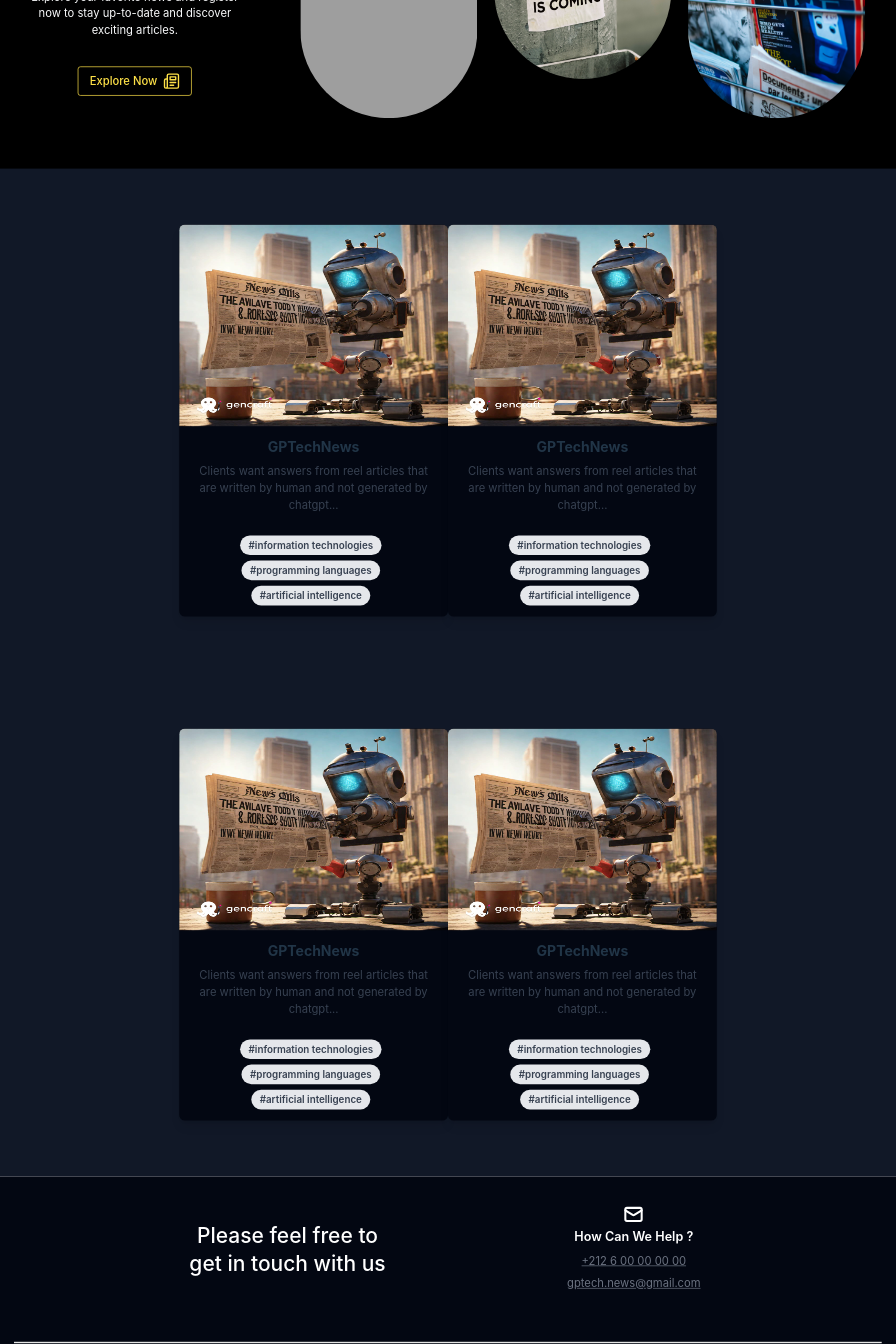
Repository: Lablab-me-Hackathon/gptech-news-frontend
Page: /
An editor plug-in stored every save of this project. The page is shown before and after a run of saves, followed by the edit.
The browser window is 1280 px wide. The pictures show the part of the page from y = 527 to 2447 px (the page is 2588 px tall), at 70% of full size.
Pictures or frames that could not be fetched are drawn as grey boxes. The project was rebuilt for these pictures with package versions that can differ from the ones it lists, and the page was loaded fresh each time. Also part of the build but not shown: vite.config.js.

Above is the page before, as saved 2023-08-07 18:34:26.

### index.html
<!doctype html>
<html lang="en">
  <head>
    <meta charset="UTF-8" />
    <link rel="icon" type="image/svg+xml" href="/logo.png" />
    <meta name="viewport" content="width=device-width, initial-scale=1.0" />
    <title>GPTech News</title>
  </head>
  <body>
    <div id="root"></div>
    <script type="module" src="/src/main.jsx"></script>
  </body>
</html>

### src/App.jsx
import './styles/App.css'
import Header from './components/Header'
import Main from './components/Main';
import Footer from './components/Footer';

function App() {

  return (
    <div className='w-full h-full flex-box flex-col'>
     <Header />
      <Main />
      <Footer />
    </div>
  )
}

export default App

### src/styles/index.css
@tailwind base;
@tailwind components;
@tailwind utilities;

* {
  padding: 0;
  margin: 0;
}

@layer components {
  .menu-item {
    @apply p-2 text-stone-300 text-base font-normal cursor-pointer flex-1 border-black rounded hover:text-blue-950 uppercase;
  }
  .flex-box {
    @apply flex items-center justify-center;
  }
}

:root {
  font-family: Inter, system-ui, Avenir, Helvetica, Arial, sans-serif;
  line-height: 1.5;
  font-weight: 400;

  color-scheme: light dark;
  color: rgba(255, 255, 255, 0.87);
  background-color: #242424;

  text-rendering: optimizeLegibility;
  -webkit-font-smoothing: antialiased;
  -moz-osx-font-smoothing: grayscale;
}

a {
  font-weight: 500;
  color: #646cff;
  text-decoration: inherit;
}
a:hover {
  color: #535bf2;
}

body {
  min-width: 320px;
  min-height: 100vh;
}

h1 {
  font-size: 3.2em;
  line-height: 1.1;
}

button {
  border-radius: 8px;
  border: 1px solid transparent;
  padding: 0.6em 1.2em;
  font-size: 1em;
  font-weight: 500;
  font-family: inherit;
  background-color: #1a1a1a;
  cursor: pointer;
  transition: border-color 0.25s;
}
button:hover {
  border-color: #646cff;
}
button:focus,
button:focus-visible {
  outline: 4px auto -webkit-focus-ring-color;
}

@media (prefers-color-scheme: light) {
  :root {
    color: #213547;
    background-color: #ffffff;
  }
  a:hover {
    color: #747bff;
  }
  button {
    background-color: #f9f9f9;
  }
}

### src/styles/App.css
#root {
  /* margin: 0 auto; */
  text-align: center;
}

.logo {
  height: 6em;
  padding: 1.5em;
  will-change: filter;
  transition: filter 300ms;
}
.logo:hover {
  filter: drop-shadow(0 0 2em #646cffaa);
}
.logo.react:hover {
  filter: drop-shadow(0 0 2em #61dafbaa);
}

@keyframes logo-spin {
  from {
    transform: rotate(0deg);
  }
  to {
    transform: rotate(360deg);
  }
}

@media (prefers-reduced-motion: no-preference) {
  a:nth-of-type(2) .logo {
    animation: logo-spin infinite 20s linear;
  }
}

.card {
  padding: 2em;
}

.read-the-docs {
  color: #888;
}

### src/components/Header.jsx
import MenuItems from "../services/header/MenuItems";
import Logo from "../services/header/Logo";
import SignUp from "../services/header/SignUp";

// import "../styles/Header.css";

function Header() {
  return (
    <div className="header flex-box px-2 justify-around flex-col md:flex-row w-full h-full py-3 bg-gray-950 text-center">
      <Logo />
      <MenuItems />
      <SignUp />
    </div>
  );
}

export default Header;

### src/components/Main.jsx
import Articles from "../services/articles/Articles";
import Welcome from "../services/main/Welcome";
import Cards from "./../services/main/Cards";

function Main() {
  return (
    <div className="text-center w-full scroll-smooth bg-gray-900">
      <div className="w-full flex-box">
        <Welcome />
      </div>

      <div className="w-full flex-box py-20">
        <Cards />
        <Articles />
      </div>

      <div className="w-full flex-box py-20">
        <Cards />
        <Articles />
      </div>
    </div>
  );
}

export default Main;

### src/components/Footer.jsx

import TopFooter from './../services/footer/TopFooter';
import BotFooter from "../services/footer/BotFooter";

function Footer() {
  return (
    <div className="w-full h-full px-5 py-5 flex-box flex-col bg-gray-950 scroll-smooth text-center">
      <TopFooter />
      <div className="w-full h-px border border-neutral-200"></div>
      <BotFooter />
    </div>
  );
}

export default Footer;

### src/services/header/MenuItems.jsx
function MenuItems() {
  return (
    <div className="flex items-center justify-between py-5 ">
      <div className="menu-item">Home</div>
      <div className="menu-item">Why GPTechNews</div>
      <div className="menu-item">Start GPTechNews</div>
      <div className="menu-item">About us</div>
    </div>
  );
}

export default MenuItems;

### src/services/header/Logo.jsx

function Logo() {
  return (
    <div className="w-48 h-10 flex-box">
      <img className="w-10 h-10 mx-1 rounded-md" src="logo.png" alt='logo' />
      <div className="">
        <span className="text-white text-3xl font-bold">GPTech</span>
        <span className="text-white text-3xl font-light">News</span>
      </div>
    </div>
  )
}

export default Logo

### src/services/header/SignUp.jsx
import { LogIn } from "lucide-react";

function SignUp() {
  return (
    <div className="w-40 h-12 justify-center items-center inline-flex cursor-pointer uppercase">
      <div className="px-6 py-3.5 bg-gray-400 bg-opacity-25 rounded justify-start items-start gap-2.5 inline-flex">
        <div className="flex-box text-center text-white text-base font-semibold leading-tight">
          Sign up &nbsp;
          <LogIn />
        </div>
      </div>
    </div>
  );
}

export default SignUp;

### src/services/articles/Articles.jsx
import axios from "axios"
import { useEffect, useState } from "react"

function Articles() {
  const [articles, setArticles] = useState([])
  console.log(articles);
  const getArticles = async () => {
    try {
      const res = await axios.get('http://localhost:4000/')
      setArticles(res.data)
    } catch (error) {
      console.log(error)
    }
  }
  useEffect(() => {
    getArticles()
  }, []
  )
  return (
    <div>
      <div className="bg-gray-950 w-96 rounded-lg overflow-hidden shadow-lg">
        <img
          className="w-full h-72"
          src="ainews.jpg"
          alt="ai news article"
        />
        <div className="px-6 py-4">
          <div className="font-bold text-xl mb-2">GPTechNews</div>
          <p className="text-gray-700 text-base">
            Clients want answers from reel articles that are written by human and not generated by chatgpt...
          </p>
        </div>
        <div className="px-6 pt-4 pb-2">
          <span className="inline-block bg-gray-200 rounded-full px-3 py-1 text-sm font-semibold text-gray-700 mr-2 mb-2">
            #information technologies
          </span>
          <span className="inline-block bg-gray-200 rounded-full px-3 py-1 text-sm font-semibold text-gray-700 mr-2 mb-2">
            #programming languages
          </span>
          <span className="inline-block bg-gray-200 rounded-full px-3 py-1 text-sm font-semibold text-gray-700 mr-2 mb-2">
            #artificial intelligence
          </span>
        </div>
      </div>
    </div>
  );
}

export default Articles;

### src/services/main/Welcome.jsx
import Button from "./Button";

function Welcome() {
  return (
    <div className="bg-black w-full text-white py-2 flex-box">
      <div className="w-full flex-box flex-col md:flex-row my-6">
        <div className="w-full lg:w-1/3 items-start p-8">
          <h1 className="text-3xl md:text-5xl p-2 text-yellow-300 tracking-loose">
            Welcome in GPTechNews
          </h1>
          <h2 className="text-3xl md:text-5xl leading-relaxed md:leading-snug mb-2">
            IT News : Grow your career
          </h2>
          <p className="text-sm md:text-base text-gray-50">
            Explore your favorite news and register now to stay up-to-date and
            discover exciting articles.
          </p>
          <Button />
        </div>
        <div className="flex-box p-8">
          <div className="flex-box">
            <div className="mx-3">
              <img
                className="w-96 h-96 rounded-full mt-28 hidden xl:block"
                src="googleNews.jpg"
              />
            </div>
            <div className="mx-3">
              <img
                className="w-96 h-96 rounded-full inline-block p-8 md:p-0"
                src="goodNews.jpg"
              />
            </div>
            <div className="mx-3">
              <img
                className="w-96 h-96 rounded-full mt-28 hidden lg:block"
                src="newsPaper.jpg"
              />
            </div>
          </div>
        </div>
      </div>
    </div>
  );
}

export default Welcome;

### src/services/main/Cards.jsx
function Cards() {
  return (
    <div>
      <div className="bg-gray-950 w-96 rounded-lg overflow-hidden shadow-lg">
        <img
          className="w-full h-72"
          src="ainews.jpg"
          alt="ai news article"
        />
        <div className="px-6 py-4">
          <div className="font-bold text-xl mb-2">GPTechNews</div>
          <p className="text-gray-700 text-base">
            Clients want answers from reel articles that are written by human and not generated by chatgpt...
          </p>
        </div>
        <div className="px-6 pt-4 pb-2">
          <span className="inline-block bg-gray-200 rounded-full px-3 py-1 text-sm font-semibold text-gray-700 mr-2 mb-2">
            #information technologies
          </span>
          <span className="inline-block bg-gray-200 rounded-full px-3 py-1 text-sm font-semibold text-gray-700 mr-2 mb-2">
            #programming languages
          </span>
          <span className="inline-block bg-gray-200 rounded-full px-3 py-1 text-sm font-semibold text-gray-700 mr-2 mb-2">
            #artificial intelligence
          </span>
        </div>
      </div>
    </div>
  );
}

export default Cards;

### src/services/footer/TopFooter.jsx
import { Mail} from "lucide-react";

function TopFooter() {
  return (
    <div className="top-footer w-full flex-box justify-evenly flex-col md:flex-row pb-12">
      <div className="text-white text-3xl font-medium leading-10 py-5">
        Please feel free to
        <br />
        get in touch with us
      </div>

      <div className="py-5 flex-box flex-col">
        <Mail size={28} strokeWidth={2.5} color="white" />
        <div className="py-1 text-white text-lg font-semibold leading-norma">
          How Can We Help ?
        </div>
        <div className="py-1 w-52 text-gray-500 text-base font-normal underline leading-normal">
          +212 6 00 00 00 00
        </div>

        <div className="py-1 w-52 text-gray-500 text-base font-normal underline leading-normal">
        gptech.news@gmail.com
        </div>
      </div>
    </div>
  );
}

export default TopFooter;

### src/services/footer/BotFooter.jsx
import Logo from "./../header/Logo";
import Copyright from "./Copyright";
import Social from "./Social";

function BotFooter() {
  return (
    <div className="bottom-footer w-full pt-12 flex-box justify-around flex-col md:flex-row flex-end">
      <Logo />
      <Copyright />
      <Social />
    </div>
  );
}

export default BotFooter;

### src/services/main/Button.jsx
// import { PropTypes } from "prop-types";

import { Newspaper } from "lucide-react";

const News = () => {
  // let { response } = props;
  const displayNews = async (e) => {
    e.preventDefault();
  };
  return (
    <div className="w-full flex-box py-10">
      <a
        href="#"
        className="bg-transparent hover:bg-yellow-300 text-yellow-300 hover:text-black rounded shadow hover:shadow-lg py-2 px-4 border border-yellow-300 hover:border-transparent flex-box"
        onClick={displayNews}
      >
        <p>Explore Now &nbsp;</p>
        <Newspaper />
      </a>
    </div>
  );
};

News.propTypes = {
  // response: PropTypes.string.isRequired,
};
export default News;

### src/services/footer/Copyright.jsx
function Copyright() {
  return (
    <div className="py-5 text-slate-400 text-base font-normal">
      © 2023 GPTechNews - All Rights Reserved by AKHMIM ABDELILAH
    </div>
  );
}

export default Copyright;

### src/services/footer/Social.jsx
import { Facebook, Instagram, Linkedin, Twitter } from "lucide-react";

function Social() {
  return (
    <div className="py-3">
      <div className="flex-box text-white">
        <div className="border cursor-pointer p-2 m-1 rounded-full ">
          <Facebook size={24} strokeWidth={2} />
        </div>
        <div className="border cursor-pointer p-2 m-1 rounded-full">
          <Instagram size={24} strokeWidth={2} />
        </div>
        <div className="border cursor-pointer p-2 m-1 rounded-full">
          <Linkedin size={24} strokeWidth={2} />
        </div>
        <div className="border cursor-pointer p-2 m-1 rounded-full">
          <Twitter size={24} strokeWidth={2} />
        </div>
      </div>
    </div>
  );
}

export default Social;

Loaded but not shown: src/main.jsx (common file); tailwind.config.js (common file)

After the next 2 saves:
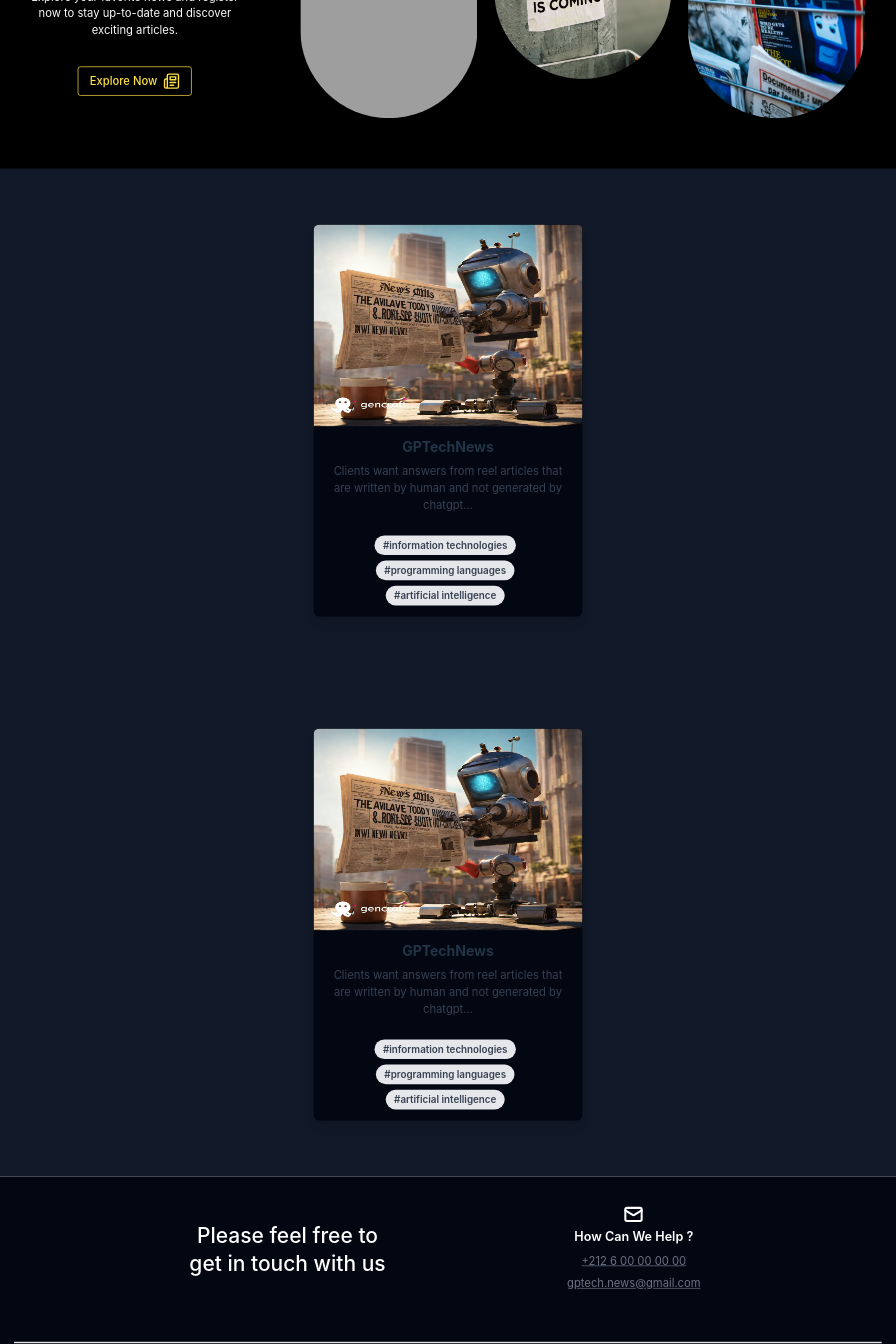
The 2 saves are shown as one change because they came seconds apart.
The last was saved 21 s later.
--- a/src/components/Main.jsx
+++ b/src/components/Main.jsx
@@ -11,11 +11,9 @@
 
       <div className="w-full flex-box py-20">
         <Cards />
-        <Articles />
       </div>
 
       <div className="w-full flex-box py-20">
-        <Cards />
         <Articles />
       </div>
     </div>
